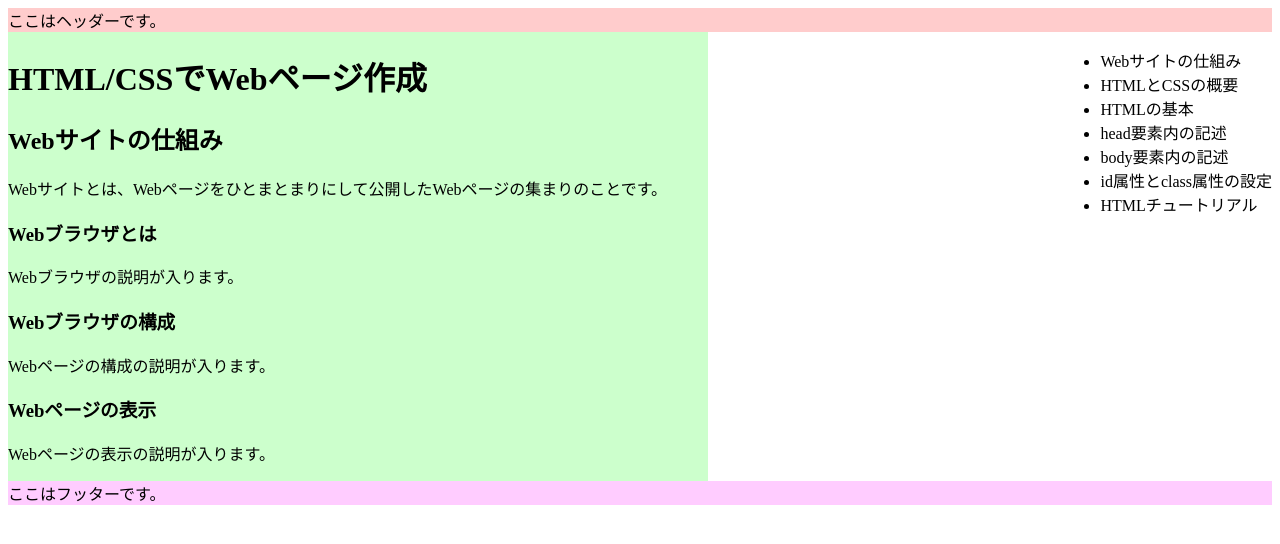
Repository: kazumasatomoto/kadai-tasklist-
Page: kadai-html.html
The author's editor kept a record of every edit. The page is drawn from the files as they stood at one moment, then again after the next edit.
The browser window is 1280 px wide. The pictures show the whole page.

Above is the page before.

### kadai-html.html
<!DOCTYPE html>
<html lang="ja">
    <head>
        <meta charset="utf-8">
        <title>HTML/CSSでWeb</title>
        <link rel="stylesheet" href="kadai-css.css">
    </head>
    <body>
        <header>ここはヘッダーです。
        </header>
        <div id="wrapper">
            <div id="main">
                    <h1>HTML/CSSでWebページ作成</h1>
                        <h2>Webサイトの仕組み</h2>
                            <p>
                               Webサイトとは、Webページをひとまとまりにして公開したWebページの集まりのことです。
                            </p>
                        <h3>Webブラウザとは</h3>
                         <p>Webブラウザの説明が入ります。
                         </p>
                        <h3>Webブラウザの構成</h3>
                         <p>Webページの構成の説明が入ります。
                         </p>
                        <h3>Webページの表示</h3>
                         <p>Webページの表示の説明が入ります。
                         </p>
           </div>
            <nav id="menu">
                <ul>
                    <li>Webサイトの仕組み</li>
                    <li>HTMLとCSSの概要</li>
                    <li>HTMLの基本</li>
                    <li>head要素内の記述</li>
                    <li>body要素内の記述</li>
                    <li>id属性とclass属性の設定</li>
                    <li>HTMLチュートリアル</li>
                </ul>
            </nav>
        </div>
        <footer>ここはフッターです。
        </footer>
    </body>
</html>

### kadai-css.css
@charset "UTF-8";
header {
    background-color: #ffcccc;
}
#wrapper {
    display: flex;
    justify-content: space-between;
}
#main {
    width: 700px;
    background-color: #ccffcc;
}
menu {
    width: 300px;
    background-color: #ccccff;
}
footer {
    background-color: #ffccff;
}

After the next edit:
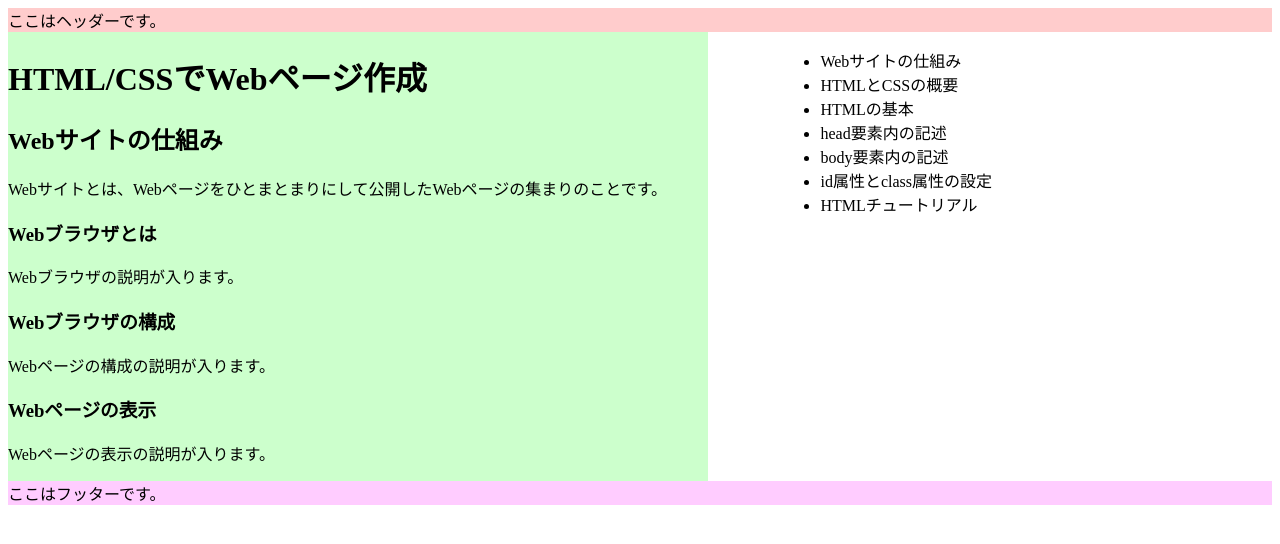
The edit:
--- a/kadai-css.css
+++ b/kadai-css.css
@@ -3,6 +3,7 @@
     background-color: #ffcccc;
 }
 #wrapper {
+    width: 984px;
     display: flex;
     justify-content: space-between;
 }
